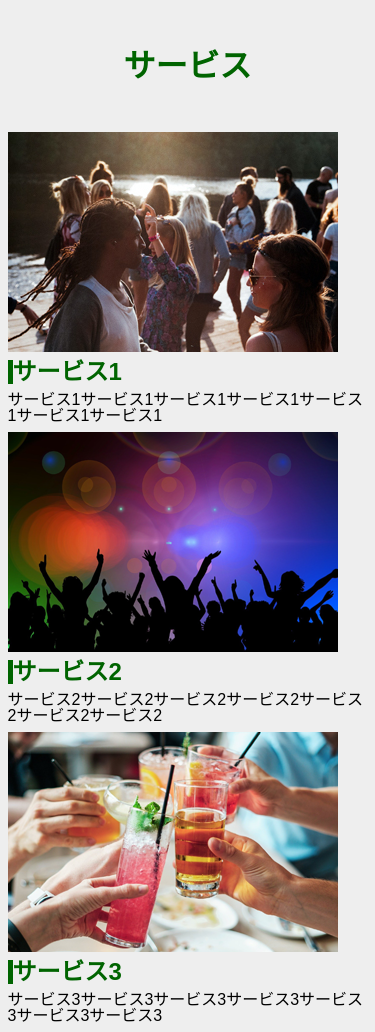
Repository: sonoyama01/dezasuta
Page: 第３回課題/work2/index.html
The author's editor kept a copy of each file at every save. The page is drawn from the files as they stood at one save, then again after the next save.
The browser window is 375 px wide. The pictures show the whole page.

Above is the page before, as saved 2024-04-28 00:24:43.

After the next save:
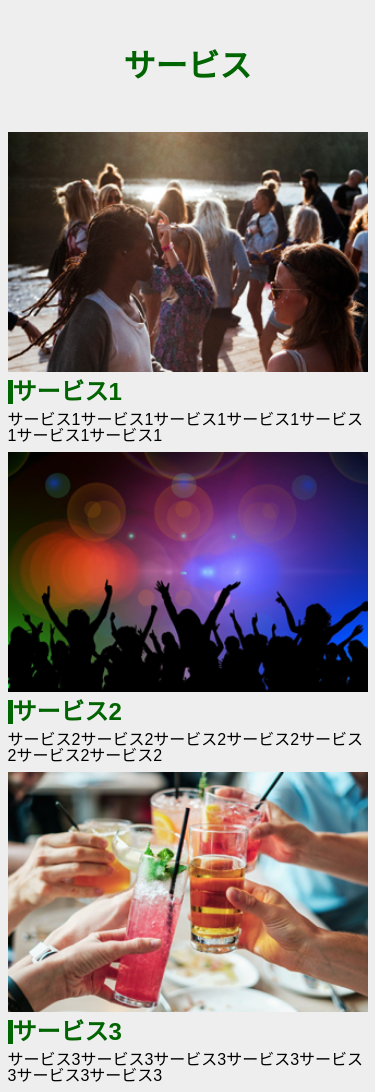
Saved 58 s later.
--- a/第３回課題/work2/css/style.css
+++ b/第３回課題/work2/css/style.css
@@ -40,7 +40,7 @@ p {
     width: 100%;
   }
 
-  imd {
+  img {
     width: 100%;
   }
 
